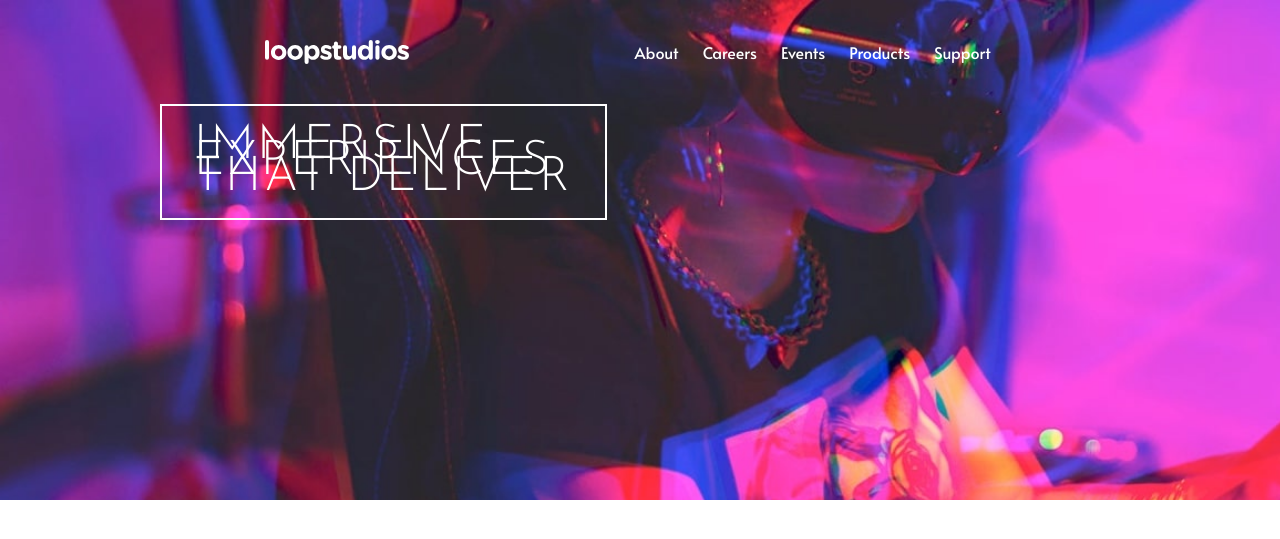
Repository: gligor99/loopstudios-fm
Page: /
The author's editor kept a copy of each file at every save. The page is drawn from the files as they stood at one save, then again after the next save.
The browser window is 1280 px wide. The pictures show the whole page.
The project was rebuilt for these pictures with package versions that can differ from the ones it lists, and the page was loaded fresh each time.

Above is the page before, as saved 2021-11-28 15:22:24.

After the next save:
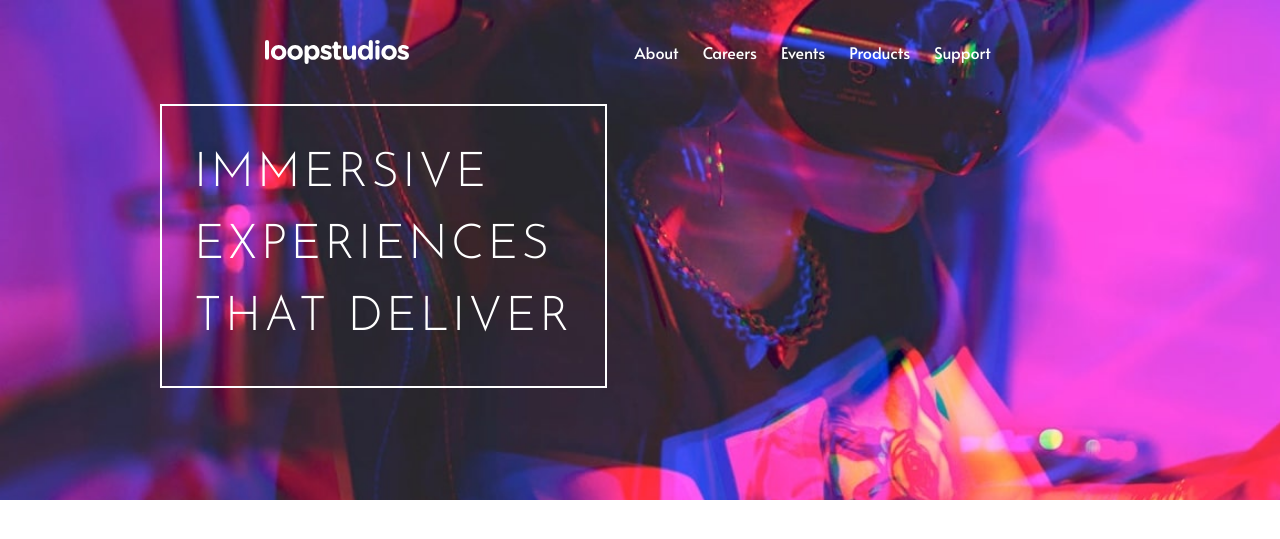
Saved 10 s later.
--- a/src/components/Hero/hero.css
+++ b/src/components/Hero/hero.css
@@ -19,6 +19,5 @@
     font-size: 3rem;
     font-weight: 100;
     letter-spacing: 0.2rem;
-    line-height: 1rem;
     color: white;
 }
